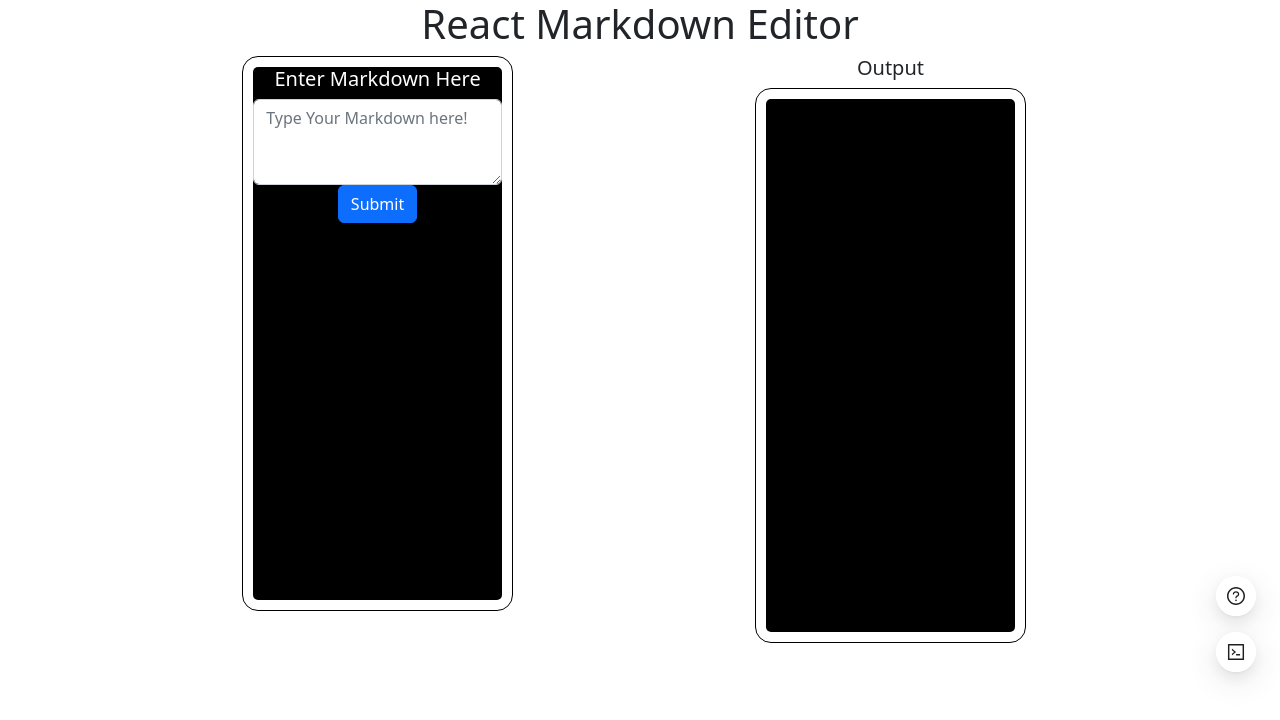
Repository: devkthines/md-editor
Page: /
The author's editor kept a copy of each file at every save. The page is drawn from the files as they stood at one save, then again after a run of saves.
The browser window is 1280 px wide. The pictures show the whole page.
The project was rebuilt for these pictures with package versions that can differ from the ones it lists, and the page was loaded fresh each time. Also part of the build but not shown: src/pages/preview.js, src/components/navbar.js, src/pages/home.js.

Above is the page before, as saved 2023-12-06 22:00:43.

After the next 2 saves:
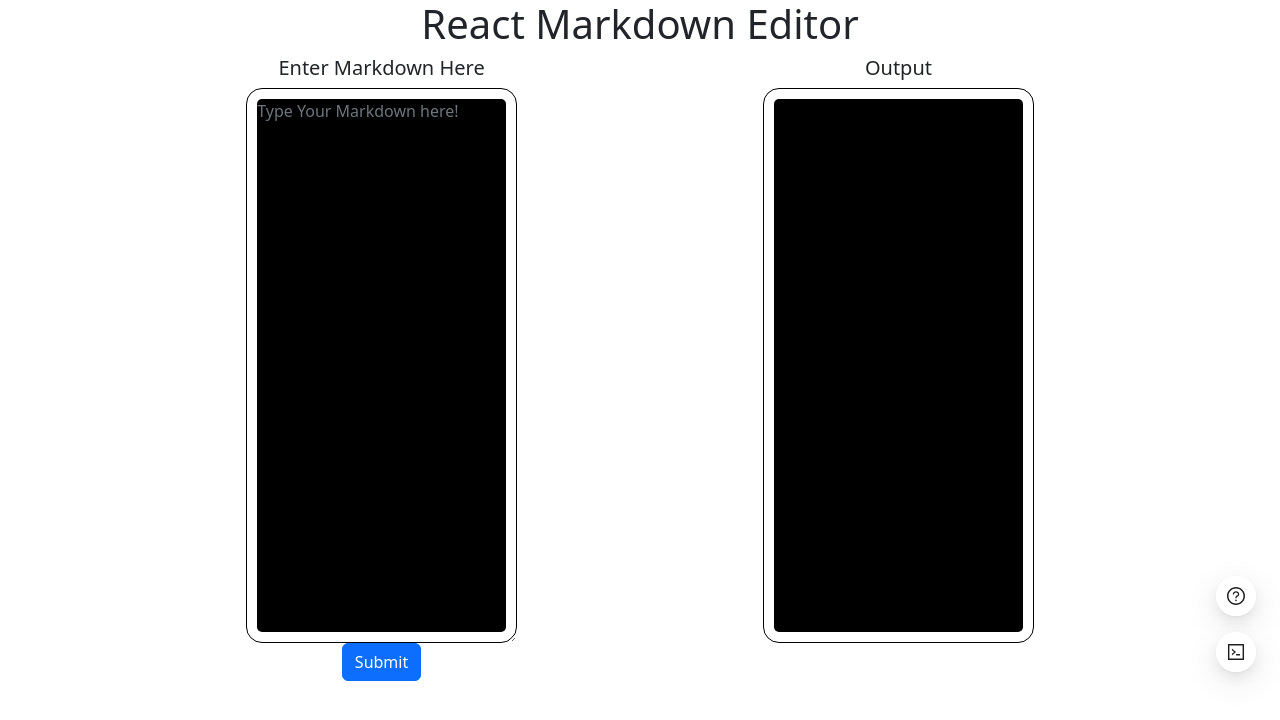
The 2 saves are shown as one change because they came seconds apart.
The last was saved 12 s later.
--- a/src/styles/style.css
+++ b/src/styles/style.css
@@ -4,7 +4,7 @@
     box-sizing: border-box;
 }
 
-#edBox,#mdEdView {
+#editor, #mdEdView {
     width: 270.71999999999997px;
     height: 554.88px;
     background-color: black;
